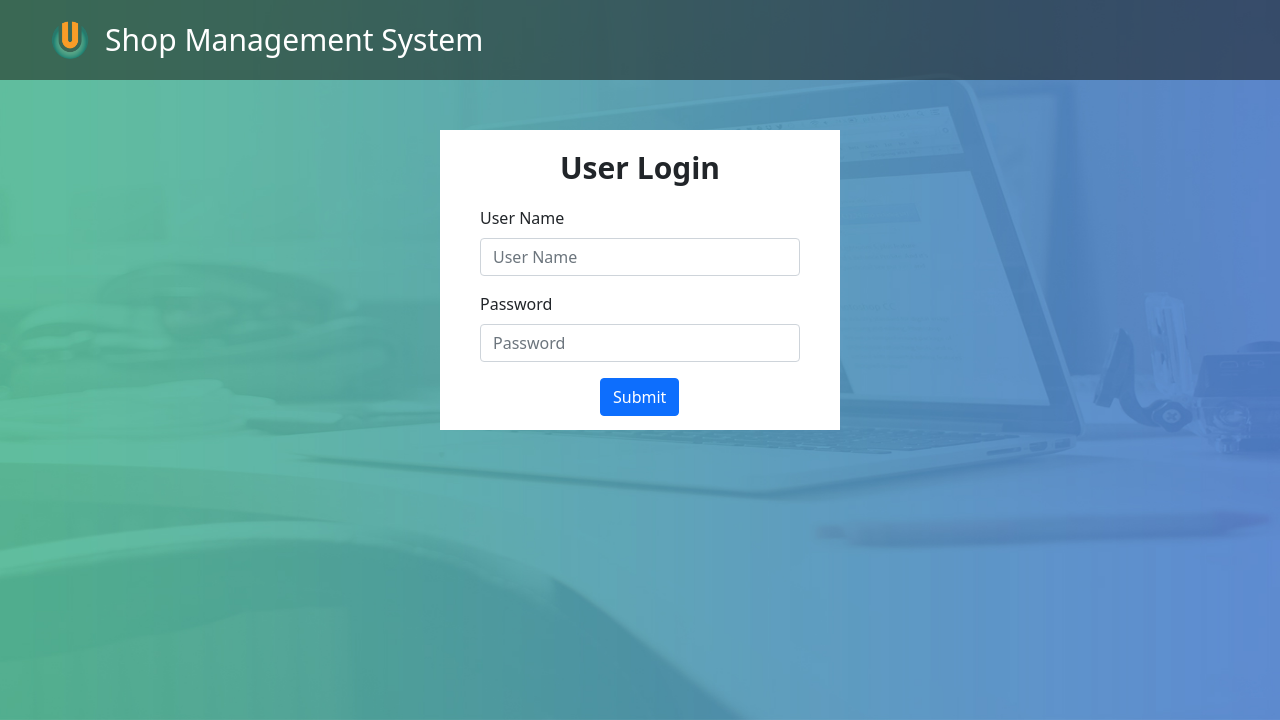
Repository: wenxi0504/storesystem
Page: /login
The author's editor kept a copy of each file at every save. The page is drawn from the files as they stood at one save, then again after the next save.
The browser window is 1280 px wide. The pictures show the whole page.
The project was rebuilt for these pictures with package versions that can differ from the ones it lists, and the page was loaded fresh each time. Also part of the build but not shown: src/pages/admin/admin.jsx.

Above is the page before, as saved 2022-03-21 21:58:43.

### public/index.html
<!DOCTYPE html>
<html lang="en">
  <head>
    <meta charset="utf-8" />
    <link rel="icon" href="%PUBLIC_URL%/favicon.ico" />
    <meta name="viewport" content="width=device-width, initial-scale=1" />
    <meta name="theme-color" content="#000000" />
    <meta
      name="description"
      content="Web site created using create-react-app"
    />
    <link rel="stylesheet" href="css/reset.css">
    <title>React App</title>
  </head>
  <body>
    <noscript>You need to enable JavaScript to run this app.</noscript>
    <div id="root"></div>
  </body>
</html>

### src/index.js
import React from 'react';
import ReactDOM from 'react-dom';
import App from './App';
import 'bootstrap/dist/css/bootstrap.min.css';


ReactDOM.render(
  <React.StrictMode>
    <App />
  </React.StrictMode>,
  document.getElementById('root')
);

### src/App.js
import React, { Component } from 'react';
import { FontAwesomeIcon } from '@fortawesome/react-fontawesome';
import { solid, regular, brands } from '@fortawesome/fontawesome-svg-core/import.macro'; // <-- import styles to be used
import { BrowserRouter,Routes,Route } from 'react-router-dom';
import 'bootstrap/dist/css/bootstrap.min.css';
import Login from './pages/login/login';
import Admin from './pages/admin/admin';
class App extends Component{

  render(){
    return(

      <BrowserRouter>
      <Routes>
      <Route path='/login' element={<Login/>}/>
      <Route path='/admin' element={<Admin/>}/>

      </Routes>
      </BrowserRouter>
    )
  }
}

export default App;

### src/pages/login/login.jsx
import React, { Component } from "react";
import "./login.css";
import logo from '../../assets/images/logo.png';
import { Form ,Button } from 'react-bootstrap';

export default class Login extends Component {
  render() {
    return (
      <div className="login">
        <header className="login-header">
            <img src={logo} alt="logo" />
          <h1>Shop Management System</h1>
        </header>

        <section className="login-content">
            <h3>User Login</h3>
            <Form>
  <Form.Group className="mb-3" controlId="formBasicUser">
    <Form.Label>User Name</Form.Label>
    <Form.Control type="user" placeholder="User Name" />
  </Form.Group>

  <Form.Group className="mb-3" controlId="formBasicPassword">
    <Form.Label>Password</Form.Label>
    <Form.Control type="password" placeholder="Password" />
  </Form.Group>
  <Button  variant="primary" type="submit">
    Submit
  </Button>
</Form>

        </section>
      </div>

    )
  }
}

### src/pages/login/login.css

.login{
    width:100%;
    height: 100%;
    background-image: url('./images/bg.jpg');
    background-size: 100% 100%;
}

.login-header{
    display:flex;
    align-items: center;
    height: 80px;
    background-color: rgba(21,20,13,0.5);
}

.login-header img{
    width: 40px;
    height:40px;
    margin-left:50px;
}

.login-header h1{
    font-size: 30px;
    color: white;
    margin: 0 0 0 15px;
}

.login-content{
    margin: 50px auto;
    width: 400px;
    height: 300px;
    background-color: #fff;
    padding: 20px 40px;
}

.login-content h3{
    font-size: 30px;
    font-weight: bold;
    text-align: center;
    margin-bottom: 20px;
}

.btn-primary {
    margin-left: 120px;
}

### public/css/reset.css
html,
body,
p,
ol,
ul,
li,
dl,
dt,
dd,
blockquote,
figure,
fieldset,
legend,
textarea,
pre,
iframe,
hr,
h1,
h2,
h3,
h4,
h5,
h6 {
margin: 0;
padding: 0;
}
h1,
h2,
h3,
h4,
h5,
h6 {
font-size: 100%;
font-weight: normal;
}
ul {
list-style: none;
}
button,
input,
select,
textarea {
margin: 0;
}
html {
box-sizing: border-box;
}
*, *:before, *:after {
box-sizing: inherit;
}
img,
embed,
iframe,
object,
video {
height: auto;
max-width: 100%;
}
audio {
max-width: 100%;
}
iframe {
border: 0;
}
table {
border-collapse: collapse;
border-spacing: 0;
}
td,
th {
padding: 0;
text-align: left;
}
html, body {
height: 100%;
}
#root {
width: 100%;
height: 100%;
}

After the next save:
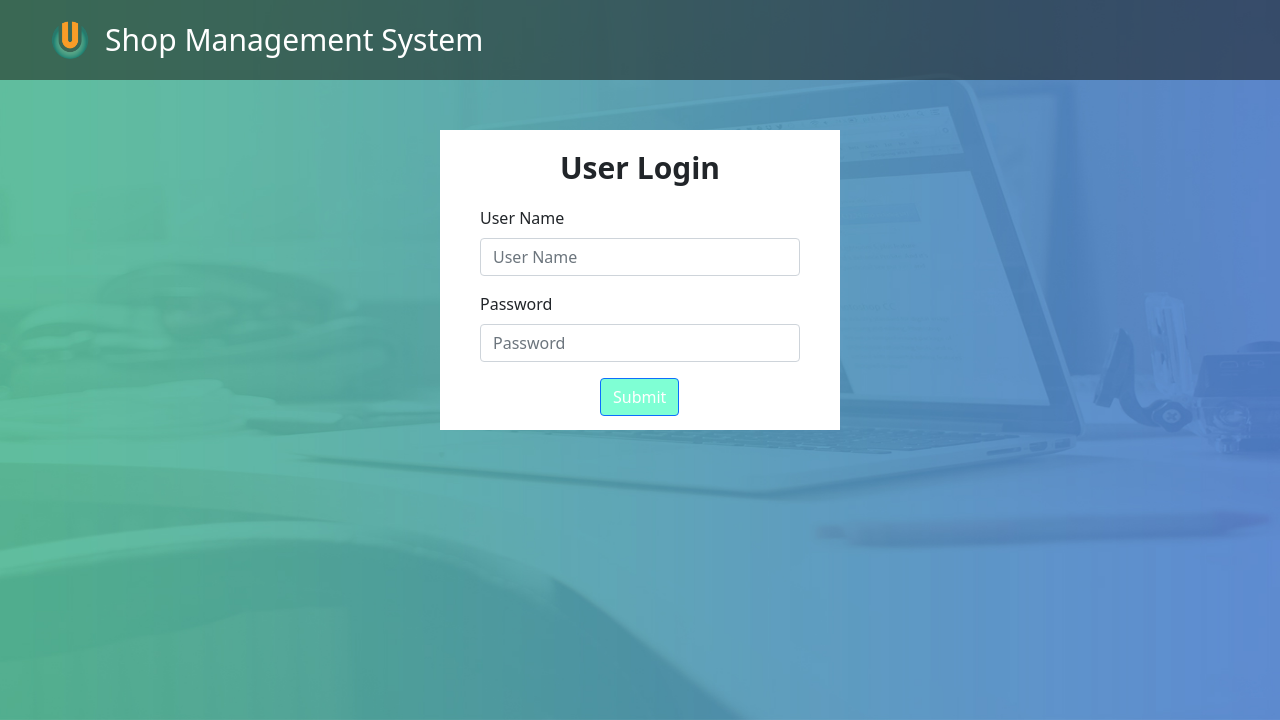
Saved 33 s later.
--- a/src/pages/login/login.css
+++ b/src/pages/login/login.css
@@ -42,4 +42,5 @@
 
 .btn-primary {
     margin-left: 120px;
+    background-color:aquamarine
 }
